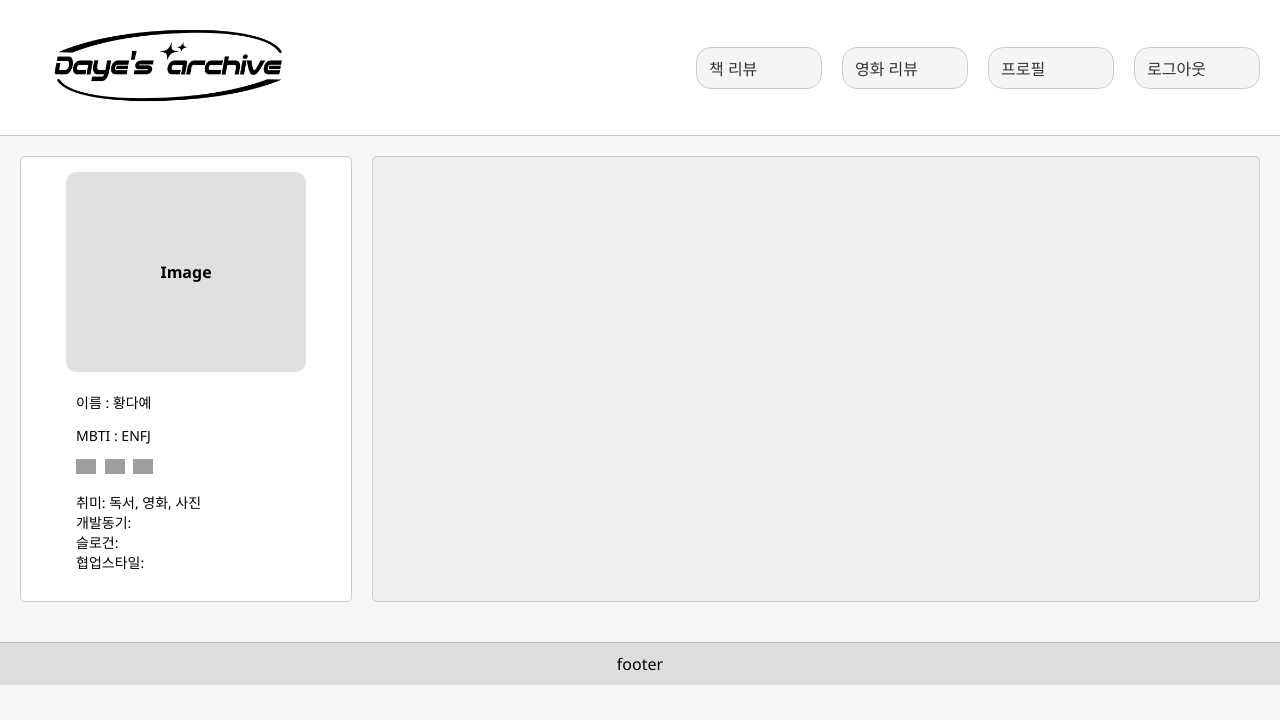
Repository: HWANG-DAYE/spring_project
Page: http://localhost/daye_archive/WEB-INF/views/main.jsp
These files come from the project's save history. The page is drawn as it stood at one moment and after the next save; the edit follows.
The browser window is 1280 px wide. The pictures show the whole page.
Pictures or frames that could not be fetched are drawn as grey boxes. The page is served by Tomcat 9. Nobody is signed in. The template is opened directly, without the code that normally fills it, so the values that code supplies are empty.

Above is the page before, as saved 2025-08-06 06:07:00.

After the next save:
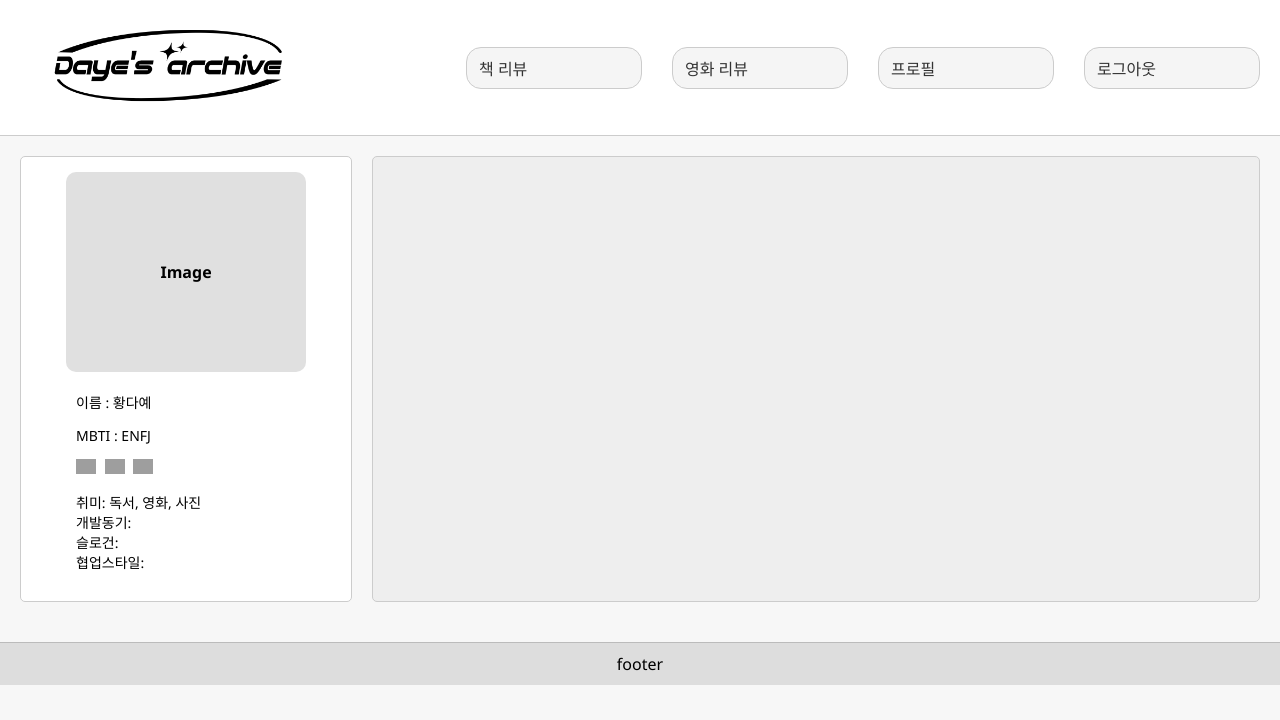
Saved 2 min 5 s later.
--- a/daye_archive/src/main/webapp/WEB-INF/views/navi.jsp
+++ b/daye_archive/src/main/webapp/WEB-INF/views/navi.jsp
@@ -33,12 +33,12 @@ header {
 
 .nav-links {
 	display: flex;
-	gap: 20px;
+	gap: 30px;
 }
 
 .nav-links a {
-	width: 100px;
-	heigh: 50px;
+	width: 150px;
+	heigh: 70px;
 	text-decoration: none;
 	color: #333;
 	padding: 8px 12px;
